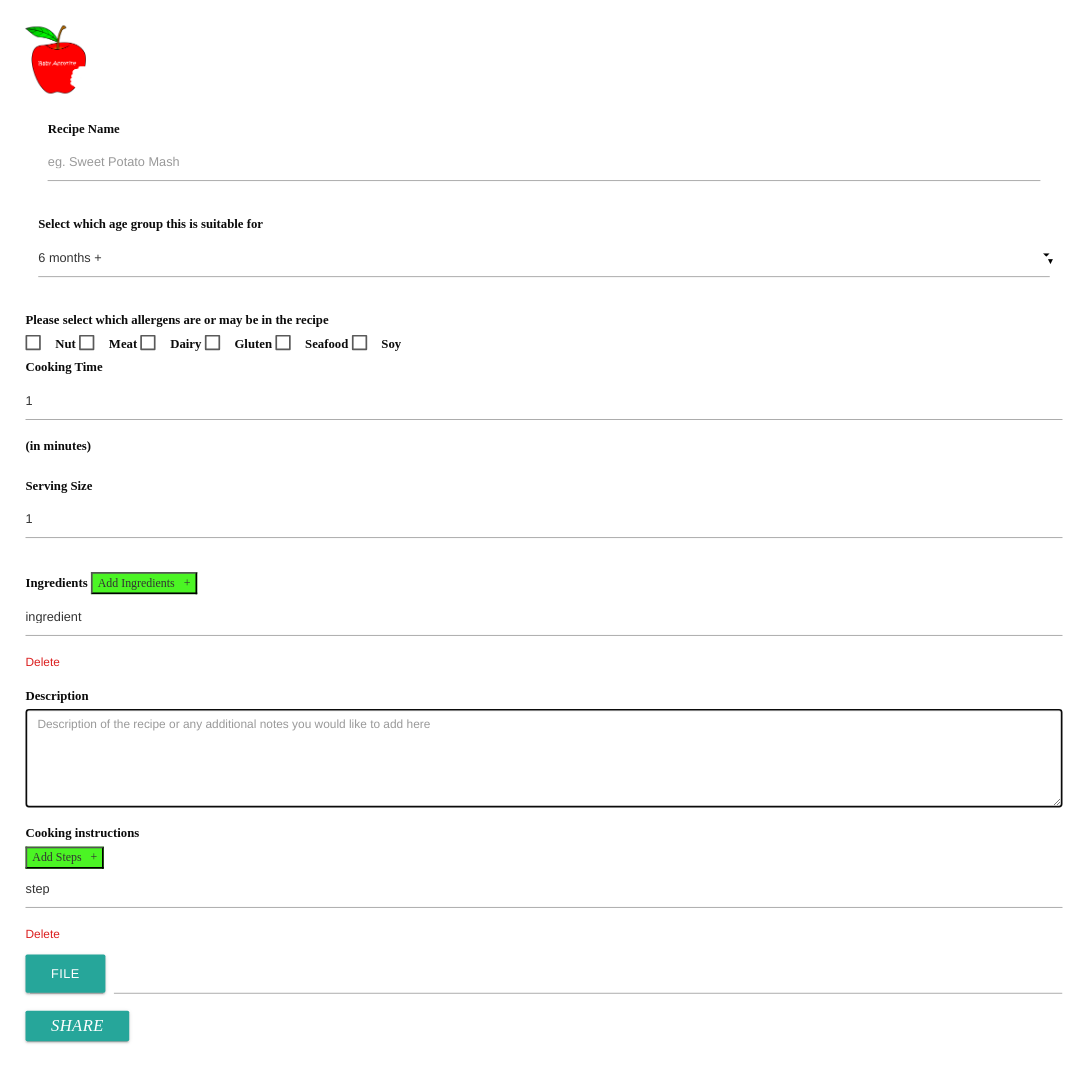
Repository: blueag8/babyappytite
Page: http://localhost/addrecipe
The author's editor kept a record of every edit. The page is drawn from the files as they stood at one moment, then again after the next edit.
The browser window is 1280 px wide. The pictures show the whole page, at 85% of full size.
Some web fonts or font styles are not loaded; a fallback is used. Some web libraries are served in a nearby version. The page is served by the project's application, run on Flask 3 (app.py). Queries for data that is not in the repository find no rows.

Above is the page before.

### templates/addrecipe.html
{% extends 'base.html'%}{% block content %}



<div class="form row">
<form action="{{ url_for('insert_recipe') }}" name="form" method="POST" class="col s12">
      <label class="recipe_name">Recipe Name</label>
      <input type="text" class="form-control" id="recipe_name" name="recipe_name" placeholder="eg. Sweet Potato Mash">
    </div>

<div class="row">
    <div class="category_age">
      <label for="category_age">Select which age group this is suitable for</label>
        <select class="category" id="category_age" name="category_age" required>
          <option value=""disabled>choose category</option>
          <option value="1">6 months +</option>
          <option value="2">7 months +</option>
          <option value="3">10 months +</option>
          <option value="4">12 months +</option>
        </select>
      </div>
  </div>
</div>

  <div class = "allergens">
     <label for="allergens" name="allergen">Please select which allergens are or may be in the recipe</label>
      <div class="form-check form-check-inline">
        <input class="form-check-input" type="checkbox" id="Nut" name="allergen" value="Nut">
        <label class="form-check-label" for="Nut">Nut</label>


        <input class="form-check-input" type="checkbox" id="Meat" name="allergn" value="Meat">
        <label class="form-check-label" for="Meat">Meat</label>


        <input class="form-check-input" type="checkbox" id="Dairy" name="allergen" value="Dairy">
        <label class="form-check-label" for="Dairy">Dairy</label>

        <input class="form-check-input" type="checkbox" id="Gluten" name="allergen" value="Gluten">
        <label class="form-check-label" for="Gluten">Gluten</label>

        <input class="form-check-input" type="checkbox" id="Seafood" name="allergen" value="Seafood">
        <label class="form-check-label" for="Seafood">Seafood</label>

        <input class="form-check-input" type="checkbox" id="Soy" name="allergen" value="Soy">
        <label class="form-check-label" for="Soy">Soy</label>
    </div>
</div>

<div class="row">
    <label for="cooking_time">Cooking Time</label>

      <input type="number" name="cooking_time" min="0" max="100" step="1" value="1" required>
      <label>(in minutes)</label>
  </div>

 <div class="row">
    <label for="portion_sizes">Serving Size</label>
    <input type="number" name="portion_size" min="0" max="100" step="1" value="1" required>
  </div>


<div class="row">
    <div class= "wrapper">
       <div class="container1">
        <label for="ingredients">Ingredients</label>
        <button class="add_ingredients">Add Ingredients &nbsp;
          <span>+ </span>
        </button>
        <div><input type="text" name="ingredient" value="ingredient" placeholder="Sweet Potato" required>
          <a href="#" class="delete">Delete</a></div>
      </div>
    </div>
  </div>
</div>

 <div class="recipe_description">
    <label for="recipe_description">Description</label>
      <div class="row">
      <textarea class="form-control" id="recipe_description" name="recipe_description" rows="5" placeholder="Description of the recipe or any additional notes you would like to add here"></textarea>
       </div>
    </div>

 <div class="steps">
    <label for="add_steps">Cooking instructions</label>
<!-------https://stackoverflow.com/questions/14853779/adding-input-elements-dynamically-to-form ----->
      <div class= "wrapper">
        <div class="container2">
          <button class="add_steps">Add Steps &nbsp;
            <span>+ </span>
          </button>
            <div><input type="text" name="step" value="step" placeholder"eg. wash vegetables">
            <a href="#" class="delete">Delete</a></div>
            </div>
        </div>
     </div>
 </div>

  <div class="file-field input-field">
    <div class="btn">
       <span>File</span>
        <input type="file">
    </div>
    <div class="file-path-wrapper">
        <input class="file-path validate" type="text">
      </div>
    </div>
  </div>

  <div class="row">
      <button class="btn waves-effect waves-light" type="submit" name="action" value="submit">
          <i class="material-icons add_box">Share</i>
       </button>
  </div>
</div>
</div>
</form>

 {% endblock %}

### templates/base.html
<!DOCTYPE html>
<html lang="en">
<head>
    <meta charset="UTF-8">
    <meta name="viewport" content="width=device-width, initial-scale=1.0">
    <meta http-equiv="X-UA-Compatible" content="ie=edge">

    <title>"Baby Appy-tite | Recipes for 6 months +"</title>

    <link rel="stylesheet" href="https://maxcdn.bootstrapcdn.com/bootstrap/3.3.7/css/bootstrap.min.css" type="text/css">
    <link rel="stylesheet" href="https://stackpath.bootstrapcdn.com/font-awesome/4.7.0/css/font-awesome.min.css" type="text/css">
    <link href="https://fonts.googleapis.com/css?family=Emilys+Candy&display=swap" rel="stylesheet">
    <link rel="stylesheet" href="https://cdnjs.cloudflare.com/ajax/libs/materialize/0.100.2/css/materialize.min.css">
    <link rel="stylesheet" href="{{url_for('static', filename='css/style.css')}}" type="text/css" />
</head>
<header>
         <div class="nav-wrapper">
              <div class="navbar img">
                 <a class="icon" href="{{url_for('home')}}">
                      <img src="/static/img/babyappytite.png">
                </a>
            </div>
        </div>
      </div>
</header>
<body>
    <div class="container-fluid">
        {% block content %}{% endblock %}
    </div>

    <script src="https://cdnjs.cloudflare.com/ajax/libs/jquery/3.3.1/jquery.min.js"></script>
    <script src="https://cdnjs.cloudflare.com/ajax/libs/jquery/3.2.1/jquery.min.js"></script>
    <script src="https://maxcdn.bootstrapcdn.com/bootstrap/3.3.7/js/bootstrap.min.js" integrity="sha384-Tc5IQib027qvyjSMfHjOMaLkfuWVxZxUPnCJA7l2mCWNIpG9mGCD8wGNIcPD7Txa" crossorigin="anonymous"></script>
    <script src="https://cdnjs.cloudflare.com/ajax/libs/materialize/0.100.2/js/materialize.min.js"></script>
    <script type="text/javascript">
        $(document).ready(function() {
    var max_fields = 10;
    var wrapper = $(".container1");
    var add_button = $(".add_ingredients");
    var x = 1;
    $(add_button).click(function(e) {
        e.preventDefault();
        if (x < max_fields) {
            x++;
            $(wrapper).append('<div><input type="text" name="ingredient[]"/><a href="#" class="delete">Delete</a></div>'); //add input box
        } else {
            alert('You Reached the limits');
        }
    });
    $(wrapper).on("click", ".delete", function(e) {
        e.preventDefault();
        $(this).parent('div').remove();
        x--;
    });
 });
    </script>

 <script type="text/javascript">
 $(document).ready(function() {
    var max_fields = 10;
    var wrapper = $(".container2");
    var add_button = $(".add_steps");
    var x = 1;
    $(add_button).click(function(e) {
        e.preventDefault();
        if (x < max_fields) {
            x++;
            $(wrapper).append('<div><input type="text" name="step[]"/><a href="#" class="delete">Delete</a></div>'); //add input box
        } else {
            alert('You Reached the limits');
        }
    });
    $(wrapper).on("click", ".delete", function(e) {
        e.preventDefault();
        $(this).parent('div').remove();
        x--;
    });
 });
      </script>

  <script type="text/javascript">
    $(document).ready(function() {
    $('select').material_select();
  });
    </script>



</body>

</html>

### app.py
import pymongo
import os


from bson.objectid import ObjectId
from flask import Flask, render_template, redirect, request, url_for, flash
from flask_pymongo import PyMongo

#connect to database
app = Flask(__name__)

app.config['MONGO_DBNAME'] ="Baby_Recipes"
app.config["MONGO_URI"] ="mongodb+srv://blueag8:mongo8@cluster0-iodau.mongodb.net/Baby_Recipes?retryWrites=true&w=majority"
app.config['SECRET_KEY'] = 'yum'

mongo = PyMongo(app)


#home page



@app.route('/')
def home():
    return render_template("index.html", recipes=mongo.db.recipes.find())

#get
#single recipe

@app.route('/recipe/<recipe_id>')
def recipe(recipe_id):
    recipes=mongo.db.recipes.find({"_id": ObjectId(recipe_id)})
    return render_template("recipe.html", recipes=recipes )

#TEST1

#recipes categorized per page route

#@app.route('/recipes')
#def recipes():
   # recipes=mongo.db.recipes.find()
    #TEST
    #for recipe in recipes:
      #  print(recipe)

   # return render_template("recipes.html")

@app.route('/sixmonth_recipes')
def sixmonth_recipes():
   return render_template("recipes.html", recipes=mongo.db.recipes.find({"category_age":"6 months +"}))

@app.route('/sevenmonth_recipes')
def sevenmonth_recipes():
    return render_template("recipes.html", recipes=mongo.db.recipes.find({"category_age":"7 months +"}))

@app.route('/tenmonth_recipes')
def tenmonth_recipes():
    return render_template("recipes.html", recipes=mongo.db.recipes.find({"category_age":"10 months +"}))

@app.route('/twelvemonth_recipes')
def twelvemonth_recipes():
    return render_template("recipes.html",recipes=mongo.db.recipes.find({"category_age":"12 months +"}))

#add recipe

@app.route('/addrecipe')
def addrecipe():
    #return render_template("testform.html",recipes=mongo.db.recipes.find(),
          # categories=mongo.db.categories.find())
    return render_template("addrecipe.html", recipes=mongo.db.recipes.find(),
           categories=mongo.db.categories.find())

 #took idea for flash from https://github.com/Deirdre18/dumpdinners-recipe-app/blob/master/app.py

#@app.route('/insert_recipe', methods=['POST'])
#def insert_recipe():
   # recipes=mongo.db.recipes
   # recipes.insert(request.form.to.dict(flat=False))
   # flash ("Thank you, your recipe has been added!")

    #return render_template("addrecipe.html", recipe=recipe)
    #Test1 Failed

    #Testing2
@app.route('/insert_recipe', methods=['GET','POST'])
def insert_recipe():
    recipes=mongo.db.recipes

   # filepath = '../static/img/' + filename


    recipe_name=request.form["recipe_name"]
    category_age=request.form["category_age"]
    cooking_time=int(request.form["cooking_time"])
    portion_sizes=int(request.form["portion_size"])
    allergens=request.form.getlist("allergen")
    ingredients=request.form.getlist("ingredient")
    recipe_description=request.form["recipe_description"]
    steps=request.form.getlist("step")
    #filename = image.save(request.files['image'])

    form={

        "recipe_name":recipe_name,
        "category_age":category_age,
        "cooking_time":cooking_time,
        "portion_size":portion_sizes,
        "allergen": allergens,
        "ingredient": ingredients,
        "recipe_description":recipe_description,
        "step": steps,
       # "image": filepath,
          }



    recipes.insert_one(form)
    flash ("Thank you, your recipe has been added!")
    return redirect(url_for('home'))

#edit recipe
#@app.route('/editrecipe/<recipe_id>', methods=['GET','POST'])
#def editrecipe(recipe_id):

    #return render_template("testform.html",recipes=mongo.db.recipes.find(),
          # categories=mongo.db.categories.find())
    #return render_template("editrecipe.html",recipes=mongo.db.recipes.find({"_id": ObjectId(recipe_id)}),
          # categories=mongo.db.categories.find())

#TESTING
@app.route('/editrecipe/<recipe_id>')
def editrecipe(recipe_id):
    the_recipe = mongo.db.recipes.find_one({'_id': ObjectId(recipe_id)})
    all_categories=mongo.db.category_age.find()
    all_allergens=mongo.db.allergens.find()
    return render_template('testformupdate.html', recipe=the_recipe, all_llergens=allergen, category_age=all_categories)

@app.route('/update_recipe', methods=['POST'])
def update_recipe(recipe_id):
    recipes=mongo.db.recipes
    recipes.update( {'_id': ObjectId(recipe_id)},
   # filepath = '../static/img/' + filename
    {
    {
            'recipe_name':request.form.get["recipe_name"],
            'category_age':request.form.get["category_age"],
            'cooking_time':int(request.form["cooking_time"]),
            'portion_sizes':int(request.form["portion_size"]),
            'allergens':request.form.getlist('check'),
            'ingredients':request.form.getlist("ingredient"),
            'recipe_description':request.form["recipe_description"],
            'steps':request.form.getlist("step"),
            }
   # filename = image.save(request.files['image'])
      })

    #flash ("Thank you, your recipe has been added!")
    return redirect(url_for('home'))

   # filepath = '../static/img/' + filename

    #filename = image.save(request.files['image']




if __name__ == '__main__':
    app.run(host=os.environ.get('IP'),
            port=int(os.environ.get('PORT')),
            debug=True)

### static/css/style.css
body {
    margin: 15px;
    padding: 20px;
}

img {
    height: 150px;
    vertical-align: super;
}
.apple img {
    height: 200px;
}

.caterpillar img {
    height: 100px;
}

.mainlink img
{
    height: 125px;
    }

.navbar img {
    height: 80px;
}

.main {
    margin: 20px;
    padding: 20px;
    border: 15px;
}
.form-control {
    color: #0c0c0c;
    background-color: #fff;
    background-image: none;
    border: 2px solid #0b0b0b;
}
label {
   color: #0c0c0c;
    font-family: 'Emilys Candy', cursive;
    /* font-family: Emily; */
    font-size: 15px;
}

button{
    background-color: #4bf524;
    font-family: 'Emily';
}
.delete {
    color: #db1f1f;
}

/*---------Navbar----------*/
.navbar {
    position: relative;
    min-height: 50px;
    margin-bottom: 20px;
    border: none;
    background-color: transparent;
}
.navbar-brand img {
    height: 50px;
}

/*-----Media Queries--------*/

@media (min-width: 767px)
{
body {
    margin: 10px;
}
}

After the next edit:
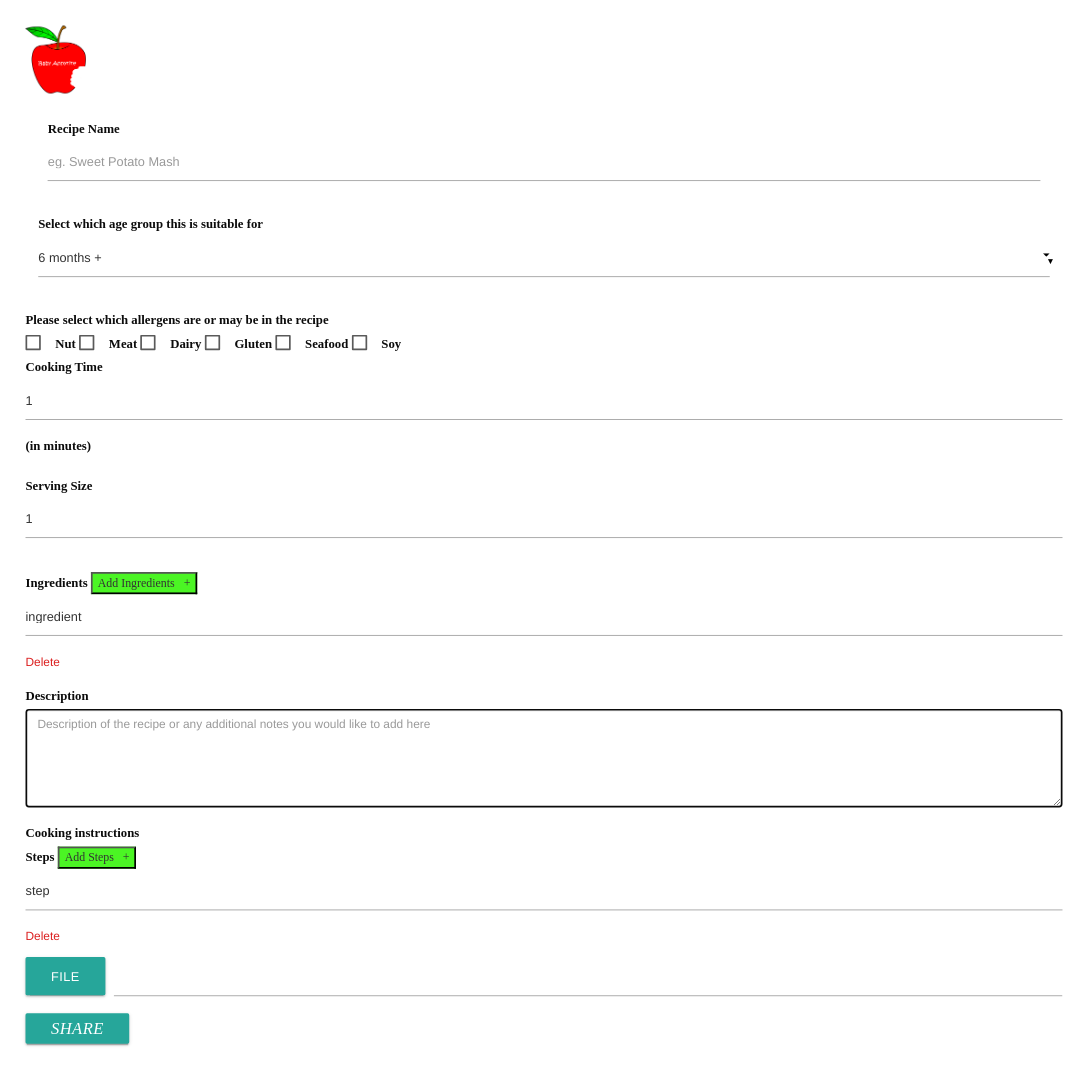
The edit:
--- a/templates/addrecipe.html
+++ b/templates/addrecipe.html
@@ -86,6 +86,7 @@
 <!-------https://stackoverflow.com/questions/14853779/adding-input-elements-dynamically-to-form ----->
       <div class= "wrapper">
         <div class="container2">
+         <label for="Steps">Steps</label>
           <button class="add_steps">Add Steps &nbsp;
             <span>+ </span>
           </button>
